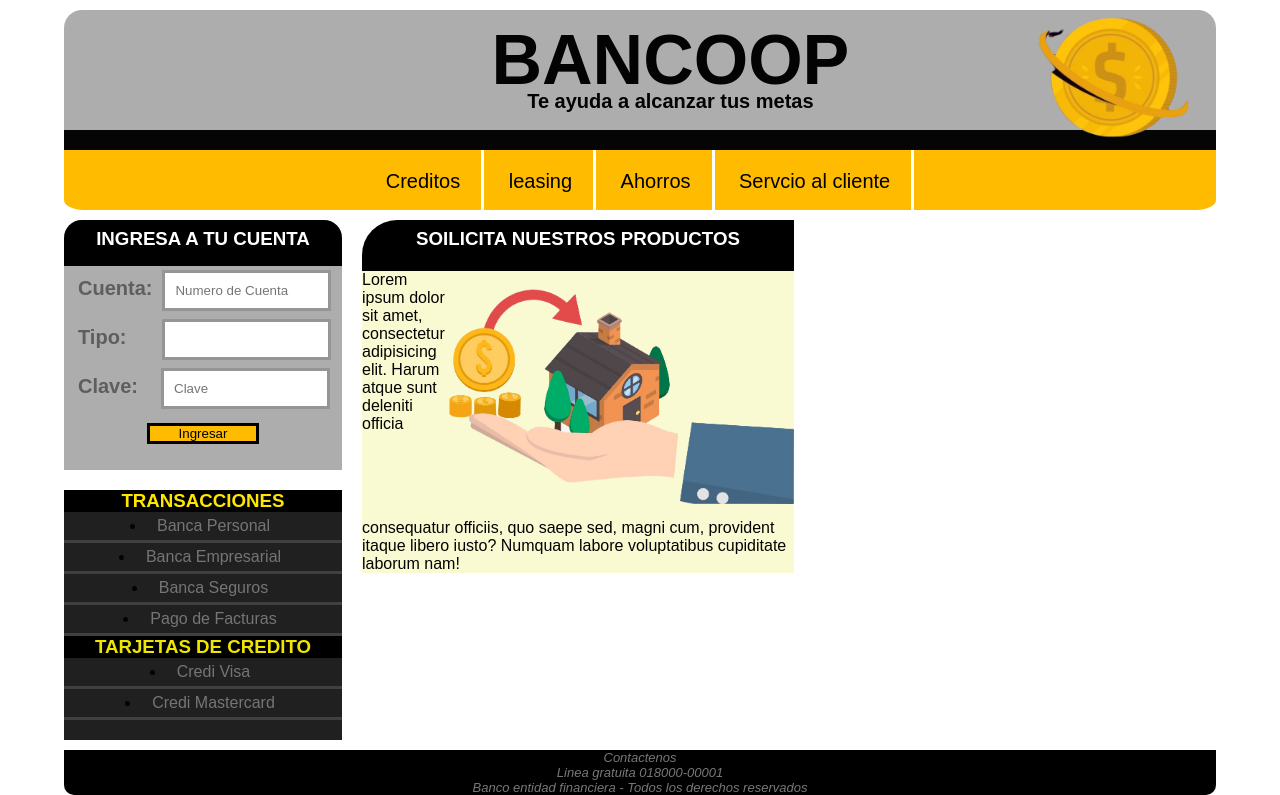
Repository: NickArregoces/BANCOOP
Page: Index.html
An editor plug-in stored every save of this project. The page is shown before and after the next save, followed by the edit.
The browser window is 1280 px wide. The pictures show the whole page.

Above is the page before, as saved 2021-09-30 15:14:10.

After the next save:
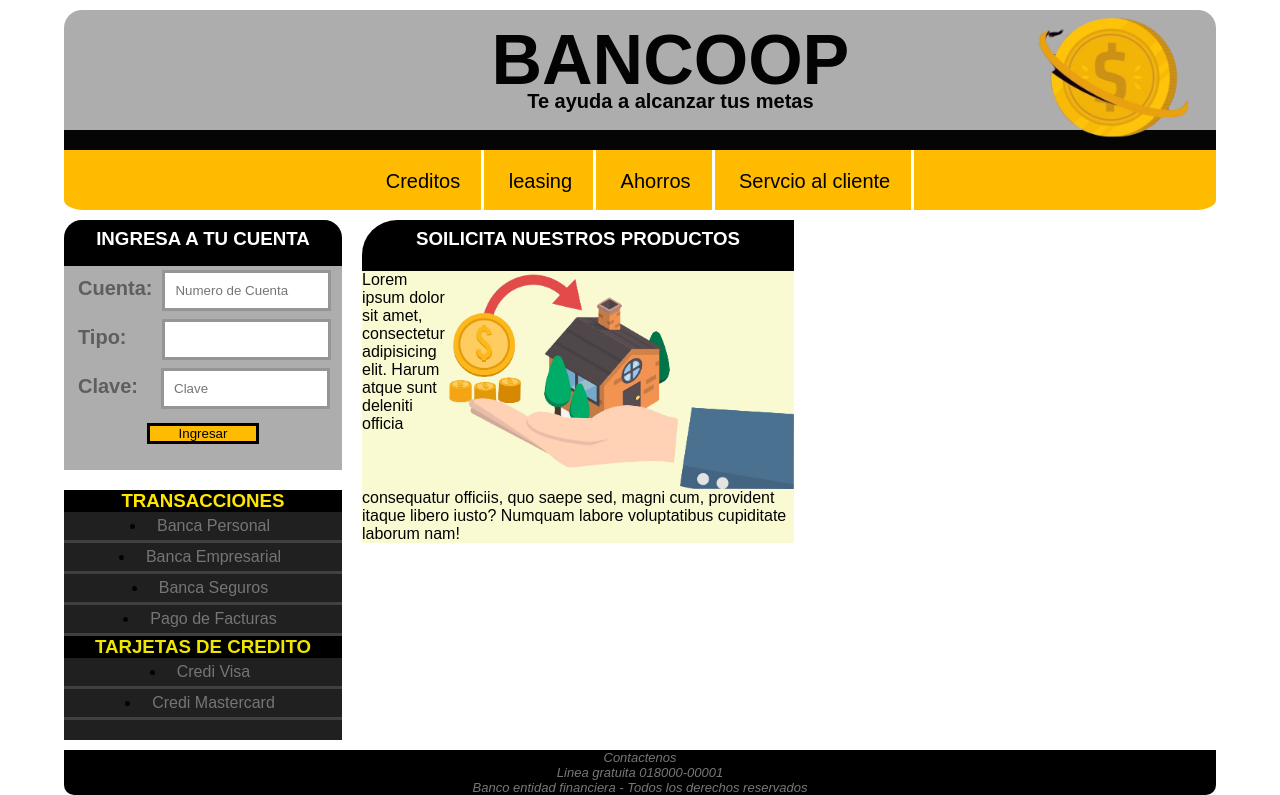
Saved 41 s later.
--- a/CSS/Style.css
+++ b/CSS/Style.css
@@ -182,8 +182,7 @@ aside{
             width: 80%;
             display: block;
             margin: auto;
-            margin-top: 15px;
-            margin-bottom: 15px;
+
         }
         aside h3{
             text-align: center;

After the save that followed:
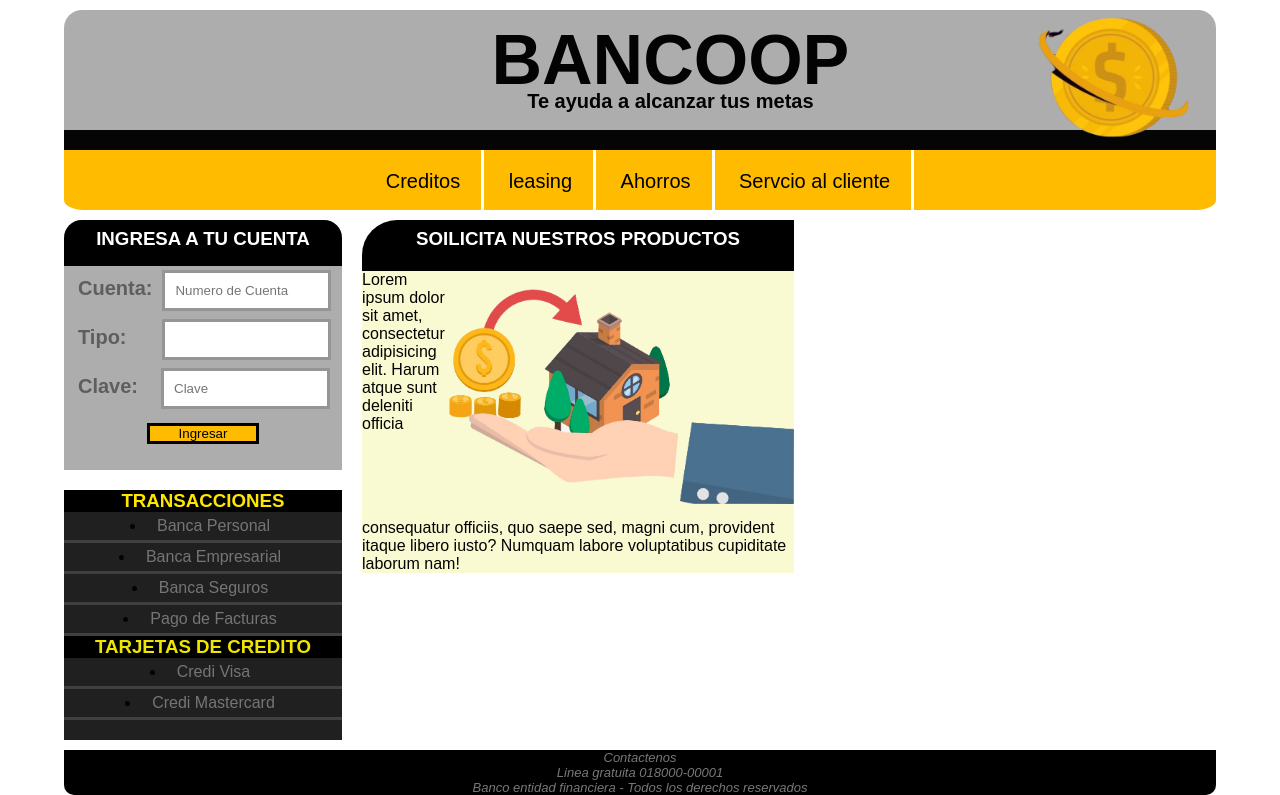
Saved 6 s later.
--- a/CSS/Style.css
+++ b/CSS/Style.css
@@ -182,7 +182,8 @@ aside{
             width: 80%;
             display: block;
             margin: auto;
-
+            margin-top: 15px;
+            margin-bottom: 15px;
         }
         aside h3{
             text-align: center;
